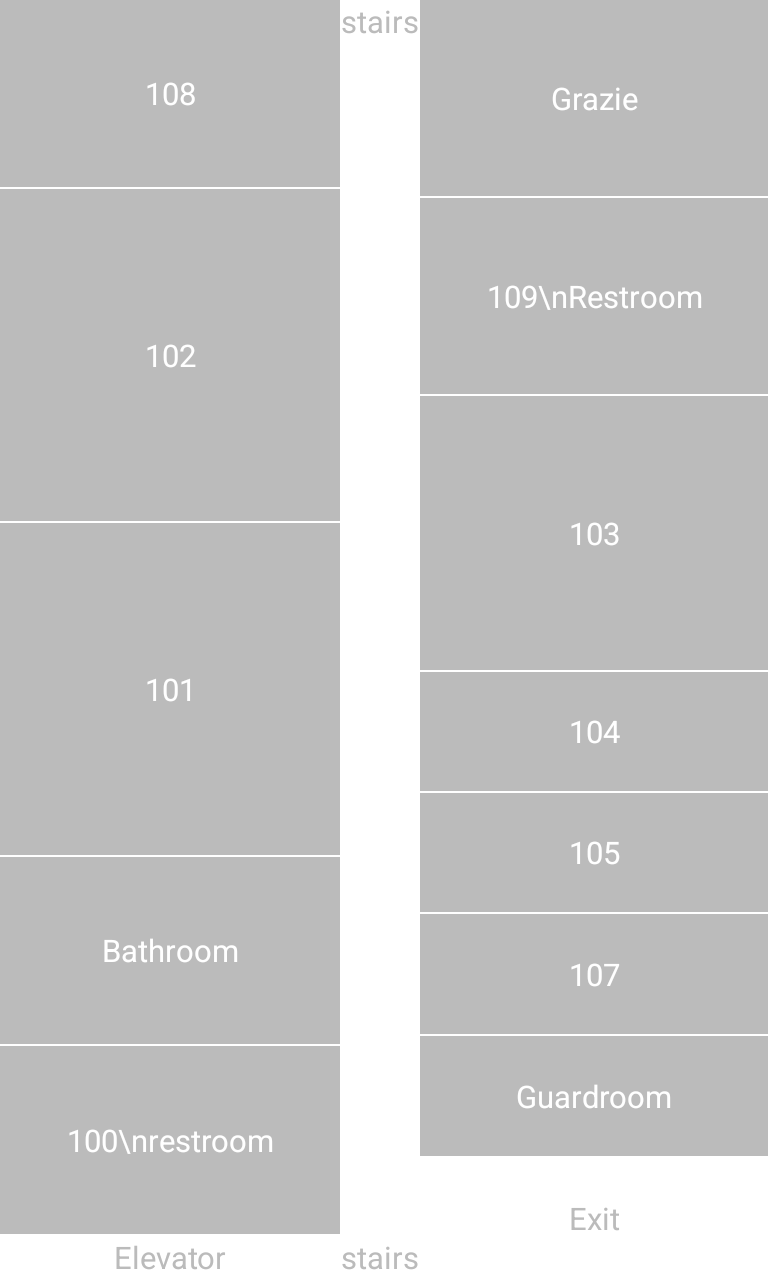
Repository: Choi-HyunWoo/Baddest
Layout: WorkOn_SELLA/workspace/BaddestHansung/res/layout/campus_gonghaka.xml
The author's editor kept a copy of each file at every save. The layout is drawn from the files as they stood at one save, then again after the next save.
It is drawn on a 768 x 1280 px phone screen (xhdpi) without system bars, with theme android:Theme.Light.NoTitleBar; the app's code is not run.

Above is the layout before, as saved 2014-05-29 12:12:43.

### WorkOn_SELLA/workspace/BaddestHansung/res/layout/campus_gonghaka.xml
<?xml version="1.0" encoding="utf-8"?>
<LinearLayout  xmlns:android="http://schemas.android.com/apk/res/android"
    android:layout_width="match_parent"
    android:layout_height="match_parent"
    android:orientation="horizontal" >

    <LinearLayout
        android:layout_width="wrap_content"
        android:layout_height="match_parent"
        android:layout_weight="1"
        android:orientation="vertical" >

        <Button
            android:text="108"
            style="@style/RoomButton" />
        <Button
            android:text="102"
            android:layout_weight="2"
            style="@style/RoomButton" />
        <Button
            android:text="101"
            android:layout_weight="2"
            style="@style/RoomButton" />
        <Button
            android:text="Bathroom"
            style="@style/RoomButton" />
        <Button
            android:text="100\nrestroom"
            style="@style/RoomButton" />
        <Button
            android:text="Elevator"
            android:layout_weight="0"
            style="@style/WhitePlace" />

    </LinearLayout>

    <RelativeLayout
    	android:layout_width="40dp"
        android:layout_height="match_parent"
        android:orientation="vertical" >
	    <TextView
	        android:text="stairs"
	        style="@style/WhitePlace"
	        android:layout_width="match_parent"
	        android:layout_height="wrap_content"
	        android:layout_alignParentTop="true" />
	    <TextView
	        android:text="stairs"
	        style="@style/WhitePlace"
	        android:layout_width="match_parent"
	        android:layout_height="wrap_content"
	        android:layout_alignParentBottom="true" />
	</RelativeLayout>

    <LinearLayout
        android:layout_width="wrap_content"
        android:layout_height="match_parent"
        android:layout_weight="1"
        android:orientation="vertical" >

        <Button
            android:text="Grazie"
            android:layout_weight="2"
            style="@style/RoomButton" />
        <Button
            android:text="109\nRestroom"
            android:layout_weight="2"
            style="@style/RoomButton" />
        <Button
            android:text="103"
            android:layout_weight="3"
            style="@style/RoomButton" />
        <Button
            android:text="104"
            style="@style/RoomButton" />
        <Button
            android:text="105"
            style="@style/RoomButton" />
        <Button
            android:text="107"
            style="@style/RoomButton" />
        <Button
            android:text="Guardroom"
            style="@style/RoomButton" />
        <Button
            android:text="Exit"
            android:layout_weight="1"
            style="@style/WhitePlace" />

    </LinearLayout>
</LinearLayout>

### WorkOn_SELLA/workspace/BaddestHansung/res/values/styles.xml
<resources xmlns:android="http://schemas.android.com/apk/res/android">

    <!--
        Base application theme, dependent on API level. This theme is replaced
        by AppBaseTheme from res/values-vXX/styles.xml on newer devices.
    -->
    <style name="AppBaseTheme" parent="Theme.AppCompat.Light">
        <!--
            Theme customizations available in newer API levels can go in
            res/values-vXX/styles.xml, while customizations related to
            backward-compatibility can go here.
        -->
    </style>

    <!-- Application theme. -->
    <style name="AppTheme" parent="AppBaseTheme">
        <!-- All customizations that are NOT specific to a particular API-level can go here. -->
    </style>

    <style name="BuildingButton">
        <item name="android:background">@drawable/bt_selector</item>
        <item name="android:textColor">@color/White</item>
        <item name="android:gravity">center</item>
        <item name="android:textSize">6pt</item>
        <item name="android:layout_gravity">fill</item>
        <item name="android:layout_margin">2dp</item>
    </style>
    <style name="MapOthers">
		<item name="android:background">@color/White</item>
        <item name="android:textColor">@color/LightGray</item>
        <item name="android:gravity">center</item>
        <item name="android:textSize">5pt</item>
        <item name="android:layout_gravity">fill</item>
        <item name="android:layout_margin">2dp</item>
    </style>

    <style name="RoomButton">
        <item name="android:background">@drawable/bt_selector</item>
		<item name="android:layout_width">match_parent</item>
        <item name="android:layout_height">wrap_content</item>
        <item name="android:layout_marginBottom">1dp</item>
        <item name="android:layout_weight">1</item>
        <item name="android:gravity">center</item>
        <item name="android:textColor">@color/White</item>
        <item name="android:textSize">7pt</item>
    </style>
    <style name="WhitePlace">
        <item name="android:background">@color/White</item>
		<item name="android:layout_width">match_parent</item>
        <item name="android:layout_height">wrap_content</item>
        <item name="android:layout_marginBottom">1dp</item>
        <item name="android:layout_weight">1</item>
        <item name="android:gravity">center</item>
        <item name="android:textColor">@color/LightGray</item>
        <item name="android:textSize">7pt</item>
    </style>

    <style name="FloorButton">
        <item name="android:background">@color/DarkGray</item>
		<item name="android:layout_width">wrap_content</item>
        <item name="android:layout_height">30dp</item>
        <item name="android:layout_marginRight">1dp</item>
        <item name="android:layout_weight">1</item>
        <item name="android:gravity">center</item>
        <item name="android:textColor">@color/White</item>
        <item name="android:textSize">6pt</item>
    </style>


</resources>

### WorkOn_SELLA/workspace/BaddestHansung/res/values/colors.xml
<?xml version="1.0" encoding="utf-8"?>
<resources>
    <color name="MainColor">#33B5E5</color>
    <color name="DarkSkyblue">#0099CC</color>
    <color name="White">#FFFFFF</color>
    <color name="Black">#000000</color>
    <color name="LightGray">#BBBBBB</color>
    <color name="DarkGray">#999999</color>
</resources>

### WorkOn_SELLA/workspace/BaddestHansung/res/drawable-hdpi/bt_selector.xml
<?xml version="1.0" encoding="utf-8"?>
<selector xmlns:android="http://schemas.android.com/apk/res/android" >
    <item android:state_pressed="true"
        android:drawable="@color/MainColor" /> <!-- pressed button color -->
    <item
        android:drawable="@color/LightGray" /> <!-- default button color -->
</selector>

After the next save:
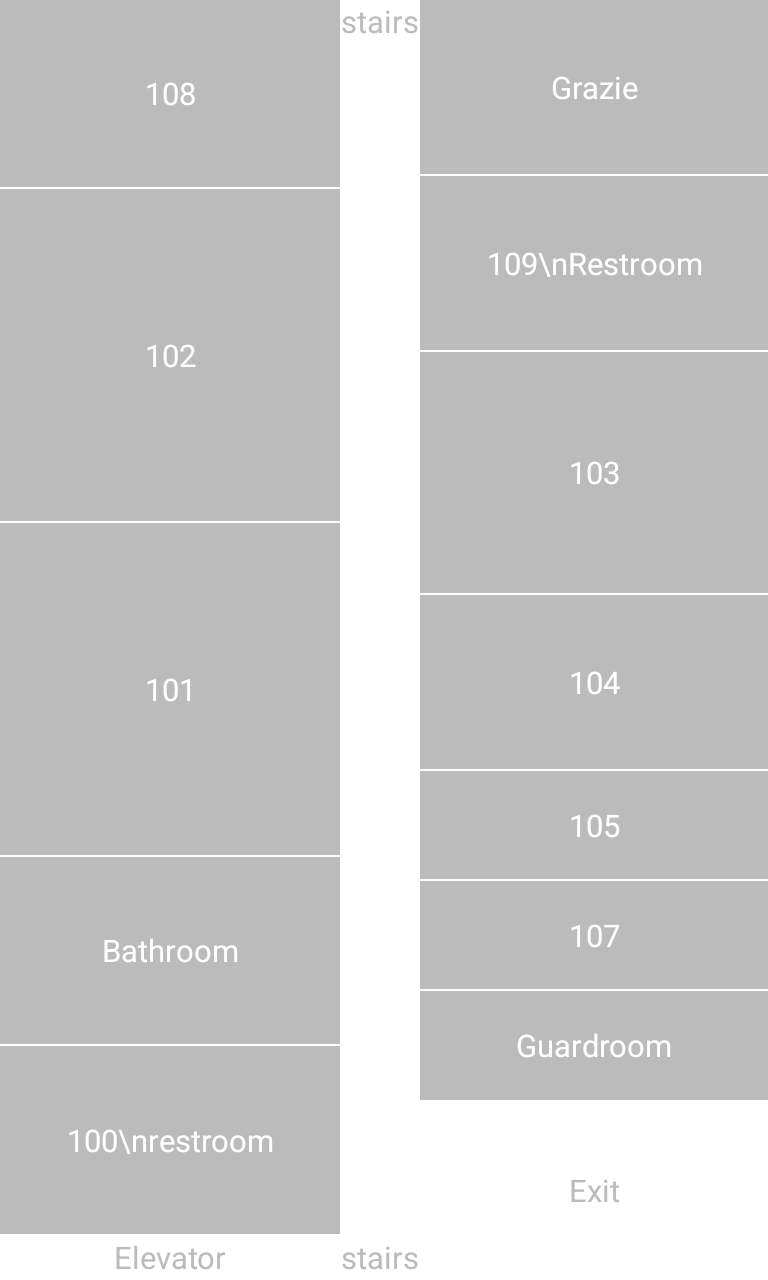
Saved 39 s later.
--- a/WorkOn_SELLA/workspace/BaddestHansung/res/layout/campus_gonghaka.xml
+++ b/WorkOn_SELLA/workspace/BaddestHansung/res/layout/campus_gonghaka.xml
@@ -72,6 +72,7 @@
             style="@style/RoomButton" />
         <Button
             android:text="104"
+            android:layout_weight="2"
             style="@style/RoomButton" />
         <Button
             android:text="105"
@@ -84,7 +85,7 @@
             style="@style/RoomButton" />
         <Button
             android:text="Exit"
-            android:layout_weight="1"
+            android:layout_weight="2"
             style="@style/WhitePlace" />
 
     </LinearLayout>
